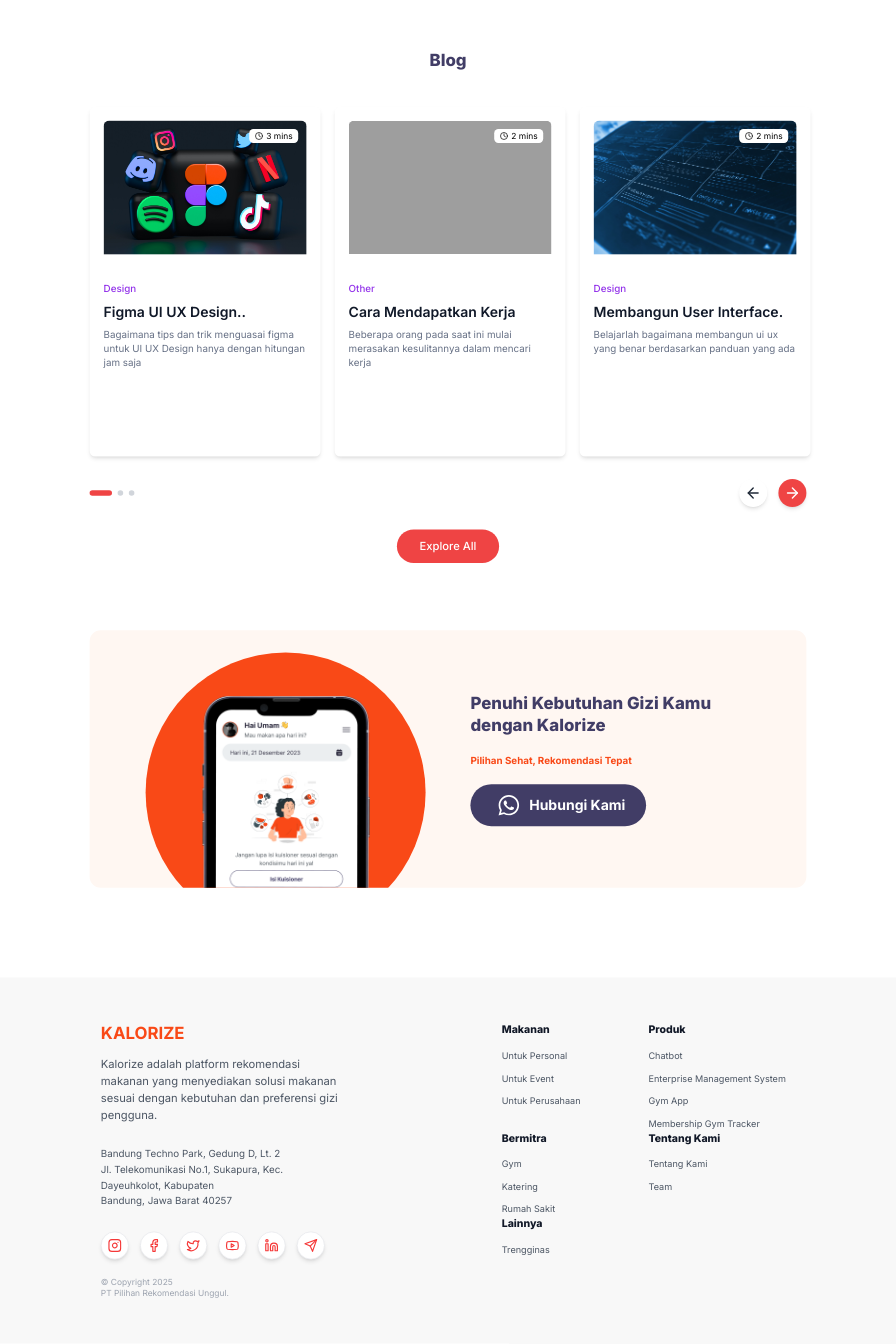
Repository: kalorizeofficial/new-main-web-kalorize
Page: /
An editor plug-in stored every save of this project. The page is shown before and after the next save, followed by the edit.
The browser window is 1280 px wide. The pictures show the part of the page from y = 1095 to 3015 px (the page is 3015 px tall), at 70% of full size.
Pictures or frames that could not be fetched are drawn as grey boxes. The project was rebuilt for these pictures with package versions that can differ from the ones it lists, and the page was loaded fresh each time.

Above is the page before, as saved 2025-03-01 01:07:32.

### src/index.css
@import url("https://fonts.googleapis.com/css2?family=Inter:wght@100;200;300;400;500;600;700;800;900&display=swap");
@tailwind base;
@tailwind components;
@tailwind utilities;

### src/App.jsx
import Navbar from "./components/layout/Navbar";
import Partner from "./pages/partner";
import Testimoni from "./pages/testimoni";
import Blog from "./pages/blog";
import Contact from "./pages/contact";
import Footer from "./components/layout/Footer";

function App() {
  return (
    <div className="min-h-screen flex flex-col">
      <Navbar />
      <main className="flex-grow">
        <Partner />
        <Testimoni />
        <Blog />
        <Contact />
      </main>
      <Footer />
    </div>
  );
}

export default App;

### src/components/layout/Navbar.jsx
function Navbar() {
  return (
    <nav class="bg-white border-gray-200 dark:bg-gray-900">
      <div class="max-w-screen-xl flex flex-wrap items-center justify-between mx-auto p-4">
        <a
          href="https://flowbite.com/"
          class="flex items-center space-x-3 rtl:space-x-reverse"
        >
          <img
            src="https://flowbite.com/docs/images/logo.svg"
            class="h-8"
            alt="Flowbite Logo"
          />
          <span class="self-center text-2xl font-semibold whitespace-nowrap dark:text-white">
            Flowbite
          </span>
        </a>
        <button
          data-collapse-toggle="navbar-default"
          type="button"
          class="inline-flex items-center p-2 w-10 h-10 justify-center text-sm text-gray-500 rounded-lg md:hidden hover:bg-gray-100 focus:outline-none focus:ring-2 focus:ring-gray-200 dark:text-gray-400 dark:hover:bg-gray-700 dark:focus:ring-gray-600"
          aria-controls="navbar-default"
          aria-expanded="false"
        >
          <span class="sr-only">Open main menu</span>
          <svg
            class="w-5 h-5"
            aria-hidden="true"
            xmlns="http://www.w3.org/2000/svg"
            fill="none"
            viewBox="0 0 17 14"
          >
            <path
              stroke="currentColor"
              stroke-linecap="round"
              stroke-linejoin="round"
              stroke-width="2"
              d="M1 1h15M1 7h15M1 13h15"
            />
          </svg>
        </button>
        <div class="hidden w-full md:block md:w-auto" id="navbar-default">
          <ul class="font-medium flex flex-col p-4 md:p-0 mt-4 border border-gray-100 rounded-lg bg-gray-50 md:flex-row md:space-x-8 rtl:space-x-reverse md:mt-0 md:border-0 md:bg-white dark:bg-gray-800 md:dark:bg-gray-900 dark:border-gray-700">
            <li>
              <a
                href="#"
                class="block py-2 px-3 text-white bg-blue-700 rounded-sm md:bg-transparent md:text-blue-700 md:p-0 dark:text-white md:dark:text-blue-500"
                aria-current="page"
              >
                Home
              </a>
            </li>
            <li>
              <a
                href="#"
                class="block py-2 px-3 text-gray-900 rounded-sm hover:bg-gray-100 md:hover:bg-transparent md:border-0 md:hover:text-blue-700 md:p-0 dark:text-white md:dark:hover:text-blue-500 dark:hover:bg-gray-700 dark:hover:text-white md:dark:hover:bg-transparent"
              >
                About
              </a>
            </li>
            <li>
              <a
                href="#"
                class="block py-2 px-3 text-gray-900 rounded-sm hover:bg-gray-100 md:hover:bg-transparent md:border-0 md:hover:text-blue-700 md:p-0 dark:text-white md:dark:hover:text-blue-500 dark:hover:bg-gray-700 dark:hover:text-white md:dark:hover:bg-transparent"
              >
                Services
              </a>
            </li>
            <li>
              <a
                href="#"
                class="block py-2 px-3 text-gray-900 rounded-sm hover:bg-gray-100 md:hover:bg-transparent md:border-0 md:hover:text-blue-700 md:p-0 dark:text-white md:dark:hover:text-blue-500 dark:hover:bg-gray-700 dark:hover:text-white md:dark:hover:bg-transparent"
              >
                Pricing
              </a>
            </li>
            <li>
              <a
                href="#"
                class="block py-2 px-3 text-gray-900 rounded-sm hover:bg-gray-100 md:hover:bg-transparent md:border-0 md:hover:text-blue-700 md:p-0 dark:text-white md:dark:hover:text-blue-500 dark:hover:bg-gray-700 dark:hover:text-white md:dark:hover:bg-transparent"
              >
                Contact
              </a>
            </li>
          </ul>
        </div>
      </div>
    </nav>
  );
}

export default Navbar;

### src/pages/partner.jsx
const Partner = () => {
  const partners = [
    {
      name: "Zoom",
      logo: "/images/partners/zoom.png",
    },
    {
      name: "Adobe Creative Cloud",
      logo: "/images/partners/adobe.png",
    },
    {
      name: "Slack",
      logo: "/images/partners/slack.png",
    },
    {
      name: "Dropbox",
      logo: "/images/partners/dropbox.png",
    },
    {
      name: "Google Drive",
      logo: "/images/partners/gdrive.png",
    },
  ];

  const DecorativeCircle = ({ className }) => (
    <div
      className={`absolute w-3 h-3 rounded-full bg-[#2A85FF] opacity-100 ${className}`}
    />
  );

  return (
    <section className="pt-[100px] md:pt-[164px] pb-8 px-4 relative">
      {/* Decorative circles - hidden on mobile */}
      <DecorativeCircle className="hidden md:block top-80 left-72" />
      <DecorativeCircle className="hidden md:block bottom-8 right-72" />

      <h2 className="text-[20px] md:text-[24px] font-inter font-extrabold leading-[100%] text-center text-[#565656] mb-8 md:mb-12">
        Partner Kami
      </h2>

      <div className="max-w-8xl mx-auto overflow-x-auto">
        <div className="flex justify-start md:justify-center items-center gap-4 md:gap-20 md:flex-wrap min-w-min">
          {partners.map((partner, index) => (
            <div key={index} className="relative py-2 md:py-4 flex-shrink-0">
              <img
                src={partner.logo}
                alt={`${partner.name} logo`}
                className="w-[60px] h-[60px] md:w-[140px] md:h-[140px] object-contain transition-shadow duration-200 hover:shadow-xl rounded-[15px] md:rounded-[25px]"
              />
            </div>
          ))}
        </div>
      </div>
    </section>
  );
};

export default Partner;

### src/pages/blog.jsx
// Komponen Blog: Menampilkan carousel blog posts dengan navigasi
// dan tombol eksplorasi. Komponen ini menggunakan state untuk
// mengatur slide yang aktif.

import React, { useState } from "react";
import { Clock, ArrowLeftIcon, ArrowRightIcon } from "lucide-react";

const Blog = () => {
  // State untuk mengontrol slide yang sedang aktif
  const [currentSlide, setCurrentSlide] = useState(0);

  // Data blog posts yang akan ditampilkan dalam carousel
  const blogPosts = [
    {
      image: "/images/blog/blog1.jpeg",
      category: "Design",
      title: "Figma UI UX Design..",
      description:
        "Bagaimana tips dan trik menguasai figma untuk UI UX Design hanya dengan hitungan jam saja",
      readTime: "3 mins",
    },
    {
      image: "/images/blog/blog2.jpeg",
      category: "Other",
      title: "Cara Mendapatkan Kerja",
      description:
        "Beberapa orang pada saat ini mulai merasakan kesulitannya dalam mencari kerja",
      readTime: "2 mins",
    },
    {
      image: "/images/blog/blog3.jpeg",
      category: "Design",
      title: "Membangun User Interface.",
      description:
        "Belajarlah bagaimana membangun ui ux yang benar berdasarkan panduan yang ada",
      readTime: "2 mins",
    },
  ];

  // Fungsi untuk berpindah ke slide berikutnya
  // Menggunakan modulo untuk kembali ke awal jika sudah di slide terakhir
  const nextSlide = () => {
    setCurrentSlide((prev) => (prev + 1) % blogPosts.length);
  };

  // Fungsi untuk berpindah ke slide sebelumnya
  // Menggunakan modulo dan penambahan length untuk handling negative index
  const prevSlide = () => {
    setCurrentSlide((prev) => (prev - 1 + blogPosts.length) % blogPosts.length);
  };

  // Fungsi untuk langsung berpindah ke slide tertentu
  // Digunakan oleh navigation dots
  const goToSlide = (index) => {
    setCurrentSlide(index);
  };

  return (
    <section className="bg-white px-4 md:px-0">
      <div className="max-w-5xl mx-auto rounded-2xl">
        <h2 className="text-[20px] md:text-[24px] font-inter font-extrabold text-center text-[#413D66] pt-8 mb-8 md:mb-12">
          Blog
        </h2>

        <div className="relative">
          {/* Carousel blog posts */}
          <div className="flex flex-col md:flex-row gap-5">
            {blogPosts.map((post, index) => (
              <div
                key={index}
                className={`w-full md:w-[330px] h-auto md:h-[500px] flex-none bg-white rounded-lg overflow-hidden shadow-md transition-opacity duration-300 p-4 md:p-5 ${
                  index === currentSlide ? "block" : "hidden md:block"
                }`}
              >
                <div className="h-[200px] md:h-[45%] relative rounded-lg overflow-hidden pb-4">
                  <img
                    src={post.image}
                    alt={post.title}
                    className="w-full h-full object-cover"
                  />
                  <div className="absolute top-3 right-3 bg-white rounded-md px-2 py-0.5 flex items-center gap-1">
                    <Clock className="w-3 h-3" />
                    <span className="text-xs">{post.readTime}</span>
                  </div>
                </div>

                <div className="h-[60%]">
                  <div className="mt-5">
                    <span className="text-purple-600 text-sm font-medium">
                      {post.category}
                    </span>
                    <h3 className="mt-2 text-xl font-inter font-semibold text-[#101828]">
                      {post.title}
                    </h3>
                    <p className="mt-2 text-[#667085] font-inter text-sm line-clamp-8">
                      {post.description}
                    </p>
                  </div>
                </div>
              </div>
            ))}
          </div>

          {/* Navigation dots and arrows */}
          <div className="flex flex-col md:flex-row justify-between items-center gap-4 md:gap-0 my-8">
            <div className="flex gap-2">
              {blogPosts.map((_, index) => (
                <button
                  key={index}
                  onClick={() => goToSlide(index)}
                  className={`h-2 rounded-full transition-all duration-300 ${
                    index === currentSlide
                      ? "w-8 bg-red-500"
                      : "w-2 bg-gray-300"
                  }`}
                />
              ))}
            </div>

            <div className="flex gap-4">
              <button
                onClick={prevSlide}
                className="bg-white rounded-full p-2 shadow-md hover:bg-gray-50 text-gray-800"
              >
                <ArrowLeftIcon className="w-6 h-6" />
              </button>

              <button
                onClick={nextSlide}
                className="bg-red-500 rounded-full p-2 shadow-md hover:bg-red-600 text-white"
              >
                <ArrowRightIcon className="w-6 h-6" />
              </button>
            </div>
          </div>
        </div>

        {/* Tombol Explore All */}
        <div className="text-center pb-8">
          <button className="bg-red-500 text-white px-8 py-3 rounded-full font-medium hover:bg-red-600 transition-colors">
            Explore All
          </button>
        </div>
      </div>
    </section>
  );
};

export default Blog;

### src/pages/contact.jsx
import React from "react";

function Contact() {
  return (
    <section className="py-8 md:py-16 bg-white">
      <section className="max-w-5xl mx-auto bg-[#FFF7F2] rounded-2xl px-4 md:px-8 py-8 mb-8 md:mb-16 overflow-hidden">
        <div className="max-w-4xl mx-auto">
          <div className="flex flex-col md:flex-row items-center justify-center md:gap-16">
            {/* Left side - Stacked images */}
            <div className="relative -mb-12 md:-mb-24 scale-75 md:scale-100">
              {/* Circle background */}
              <div className="bg-[#F94917] rounded-full w-[300px] md:w-[400px] h-[300px] md:h-[400px] translate-y-0" />

              {/* Phone image positioned on top of circle */}
              <img
                src="/phone.png" // Replace with your actual image path
                alt="Kalorize App"
                className="absolute top-1/2 left-1/2 transform -translate-x-1/2 -translate-y-1/2 w-[180px] md:w-[240px]"
              />
            </div>

            {/* Right side - Content */}
            <div className="flex flex-col space-y-4 md:space-y-6 max-w-[300px] md:max-w-[400px] text-center md:text-left mt-8 md:mt-0">
              <h1 className="text-xl md:text-2xl font-extrabold text-[#413D66] leading-[1.4] font-inter">
                Penuhi Kebutuhan Gizi Kamu dengan Kalorize
              </h1>
              <p className="text-xs md:text-sm font-bold text-[#F94917] leading-normal font-inter">
                Pilihan Sehat, Rekomendasi Tepat
              </p>
              <button className="bg-[#413D66] text-white rounded-[30px] py-[15px] px-[30px] flex items-center justify-center gap-1 w-fit hover:bg-[#363156] transition-colors">
                <svg
                  width="50"
                  height="30"
                  viewBox="0 0 47 47"
                  fill="none"
                  xmlns="http://www.w3.org/2000/svg"
                >
                  <path
                    d="M39.5834 7.35111C35.2634 3.02969 29.511 0.662109 23.3891 0.662109C10.7755 0.662109 0.495224 10.891 0.495224 23.4415C0.495224 27.4641 1.5579 31.3717 3.54466 34.8197L0.31041 46.6346L12.4388 43.4625C15.7886 45.2784 19.5542 46.2438 23.3891 46.2438C36.0026 46.2438 46.2829 36.015 46.2829 23.4645C46.2829 17.3731 43.9034 11.6495 39.5834 7.35111ZM23.3891 42.3821C19.97 42.3821 16.6202 41.4627 13.6863 39.7387L12.9933 39.325L5.78553 41.2099L7.70297 34.222L7.24094 33.5095C5.34659 30.4983 4.33011 27.0043 4.33011 23.4415C4.33011 13.0057 12.8778 4.50081 23.366 4.50081C28.4483 4.50081 33.2304 6.47763 36.8112 10.0635C40.4151 13.6493 42.3787 18.4075 42.3787 23.4645C42.4249 33.9002 33.8773 42.3821 23.3891 42.3821ZM33.8311 28.2226C33.2535 27.9468 30.4351 26.5676 29.9269 26.3607C29.3955 26.1768 29.0259 26.0849 28.6332 26.6366C28.2404 27.2112 27.1546 28.4985 26.8312 28.8662C26.5078 29.257 26.1613 29.303 25.5837 29.0042C25.0062 28.7283 23.158 28.1077 20.9865 26.1768C19.2769 24.6598 18.145 22.7979 17.7984 22.2232C17.475 21.6486 17.7522 21.3497 18.0526 21.0509C18.3067 20.7981 18.6301 20.3843 18.9073 20.0625C19.1845 19.7407 19.3001 19.4878 19.4849 19.1201C19.6697 18.7293 19.5773 18.4075 19.4387 18.1317C19.3001 17.8558 18.145 15.0515 17.6829 13.9022C17.2209 12.7988 16.7358 12.9368 16.3892 12.9138C16.0427 12.9138 15.6731 12.9138 15.2803 12.9138C14.8876 12.9138 14.287 13.0517 13.7556 13.6264C13.2474 14.201 11.7689 15.5802 11.7689 18.3845C11.7689 21.1888 13.8249 23.9012 14.1022 24.269C14.3794 24.6598 18.145 30.4063 23.8742 32.8658C25.2372 33.4635 26.2999 33.8083 27.1315 34.0611C28.4945 34.4979 29.742 34.4289 30.7354 34.291C31.8443 34.1301 34.1314 32.9118 34.5934 31.5786C35.0785 30.2454 35.0786 29.1191 34.9168 28.8662C34.7551 28.6134 34.4086 28.4985 33.8311 28.2226Z"
                    fill="white"
                  />
                </svg>
                <span className="text-xl font-bold">Hubungi Kami</span>
              </button>
            </div>
          </div>
        </div>
      </section>
    </section>
  );
}

export default Contact;

### src/components/layout/Footer.jsx
import React from "react";
import {
  Instagram,
  Phone,
  Linkedin,
  Send,
  Mail,
  Facebook,
  Twitter,
  Youtube,
} from "lucide-react";

const Footer = () => {
  const socialLinks = [
    { icon: Instagram, href: "https://instagram.com/kalorize" },
    { icon: Facebook, href: "https://facebook.com/kalorize" },
    { icon: Twitter, href: "https://twitter.com/kalorize" },
    { icon: Youtube, href: "https://youtube.com/kalorize" },
    { icon: Linkedin, href: "https://linkedin.com/company/kalorize" },
    { icon: Send, href: "https://t.me/kalorize" },
  ];

  const navigationLinks = [
    {
      title: "Makanan",
      links: [
        { name: "Untuk Personal", href: "/personal" },
        { name: "Untuk Event", href: "/event" },
        { name: "Untuk Perusahaan", href: "/corporate" },
      ],
    },
    {
      title: "Produk",
      links: [
        { name: "Chatbot", href: "/products/chatbot" },
        { name: "Enterprise Management System", href: "/products/ems" },
        { name: "Gym App", href: "/products/gym-app" },
        { name: "Membership Gym Tracker", href: "/products/gym-tracker" },
      ],
    },
    {
      title: "Bermitra",
      links: [
        { name: "Gym", href: "/partners/gym" },
        { name: "Katering", href: "/partners/catering" },
        { name: "Rumah Sakit", href: "/partners/hospital" },
      ],
    },
    {
      title: "Tentang Kami",
      links: [
        { name: "Tentang Kami", href: "/about" },
        { name: "Team", href: "/team" },
      ],
    },
    {
      title: "Lainnya",
      links: [{ name: "Trengginas", href: "/trengginas" }],
    },
  ];

  return (
    <footer className="bg-[#F8F8F8] py-8 lg:py-16">
      <div className="max-w-5xl mx-auto px-4 lg:px-18">
        {/* Mobile Layout */}
        <div className="lg:hidden">
          <h1 className="text-2xl font-bold text-[#F94917] mb-2">KALORIZE</h1>
          <p className="text-sm text-gray-600 mb-4">
            Kalorize adalah platform rekomendasi makanan yang menyediakan solusi
            makanan sesuai dengan kebutuhan dan preferensi gizi pengguna.
          </p>
          <address className="text-sm text-gray-600 not-italic mb-6">
            Bandung Techno Park, Gedung D, Lt 2<br />
            Jl. Telekomunikasi No1, Sukapura, Kec. Dayeuhkolot,
            <br />
            Kabupaten Bandung, Jawa Barat 40257
          </address>

          {navigationLinks.map((section) => (
            <div key={section.title} className="mt-6">
              <h2 className="font-bold text-gray-900">{section.title}</h2>
              <ul className="mt-2 space-y-1">
                {section.links.map((link) => (
                  <li key={link.name}>
                    <a
                      href={link.href}
                      className="text-gray-600 hover:text-gray-900"
                    >
                      {link.name}
                    </a>
                  </li>
                ))}
              </ul>
            </div>
          ))}

          <div className="mt-6 flex space-x-4">
            {socialLinks.map((social, index) => (
              <a
                key={index}
                href={social.href}
                className="text-gray-500 hover:text-[#F94917]"
              >
                <social.icon className="w-5 h-5" />
              </a>
            ))}
          </div>
        </div>

        {/* Desktop Layout */}
        <div className="hidden lg:block">
          <div className="grid grid-cols-10 gap-20">
            {/* Logo and Description */}
            <div className="col-span-4">
              <h2 className="text-[#F94917] text-2xl font-bold mb-4">
                KALORIZE
              </h2>
              <p className="text-gray-600 mb-8">
                Kalorize adalah platform rekomendasi makanan yang menyediakan
                solusi makanan sesuai dengan kebutuhan dan preferensi gizi
                pengguna.
              </p>

              <div className="mb-8">
                <p className="text-gray-600 text-sm leading-relaxed">
                  Bandung Techno Park, Gedung D, Lt. 2
                  <br />
                  Jl. Telekomunikasi No.1, Sukapura, Kec. Dayeuhkolot, Kabupaten
                  <br />
                  Bandung, Jawa Barat 40257
                </p>
              </div>

              {/* Social Media Links */}
              <div className="flex gap-4">
                {socialLinks.map((social, index) => (
                  <a
                    key={index}
                    href={social.href}
                    className="w-10 h-10 rounded-full bg-white border border-gray-200 flex items-center justify-center hover:bg-gray-50 transition-colors shadow-md"
                  >
                    <social.icon className="w-5 h-5 text-[#F53838]" />
                  </a>
                ))}
              </div>
            </div>

            {/* Right Navigation Links */}
            <div className="col-span-6 pl-36">
              <div className="grid grid-cols-2 gap-x-0">
                {navigationLinks.map((section) => (
                  <div key={section.title} className="space-y-8">
                    <div>
                      <h2 className="text-[15px] font-inter font-extrabold text-gray-900 mb-3">
                        {section.title}
                      </h2>
                      <ul className="space-y-2">
                        {section.links.map((link) => (
                          <li key={link.name}>
                            <a
                              href={link.href}
                              className="text-[13px] text-gray-600 font-inter hover:text-gray-900"
                            >
                              {link.name}
                            </a>
                          </li>
                        ))}
                      </ul>
                    </div>
                  </div>
                ))}
              </div>
            </div>
          </div>
        </div>

        {/* Copyright */}
        <div className="mt-6 text-xs text-gray-400">
          <p>© Copyright 2025</p>
          <p>PT Pilihan Rekomendasi Unggul.</p>
        </div>
      </div>
    </footer>
  );
};

export default Footer;

Loaded but not shown: public/index.html (common file); src/index.js (common file); tailwind.config.js (12 lines, source omitted); src/pages/testimoni.jsx (176 lines, source omitted)

After the next save:
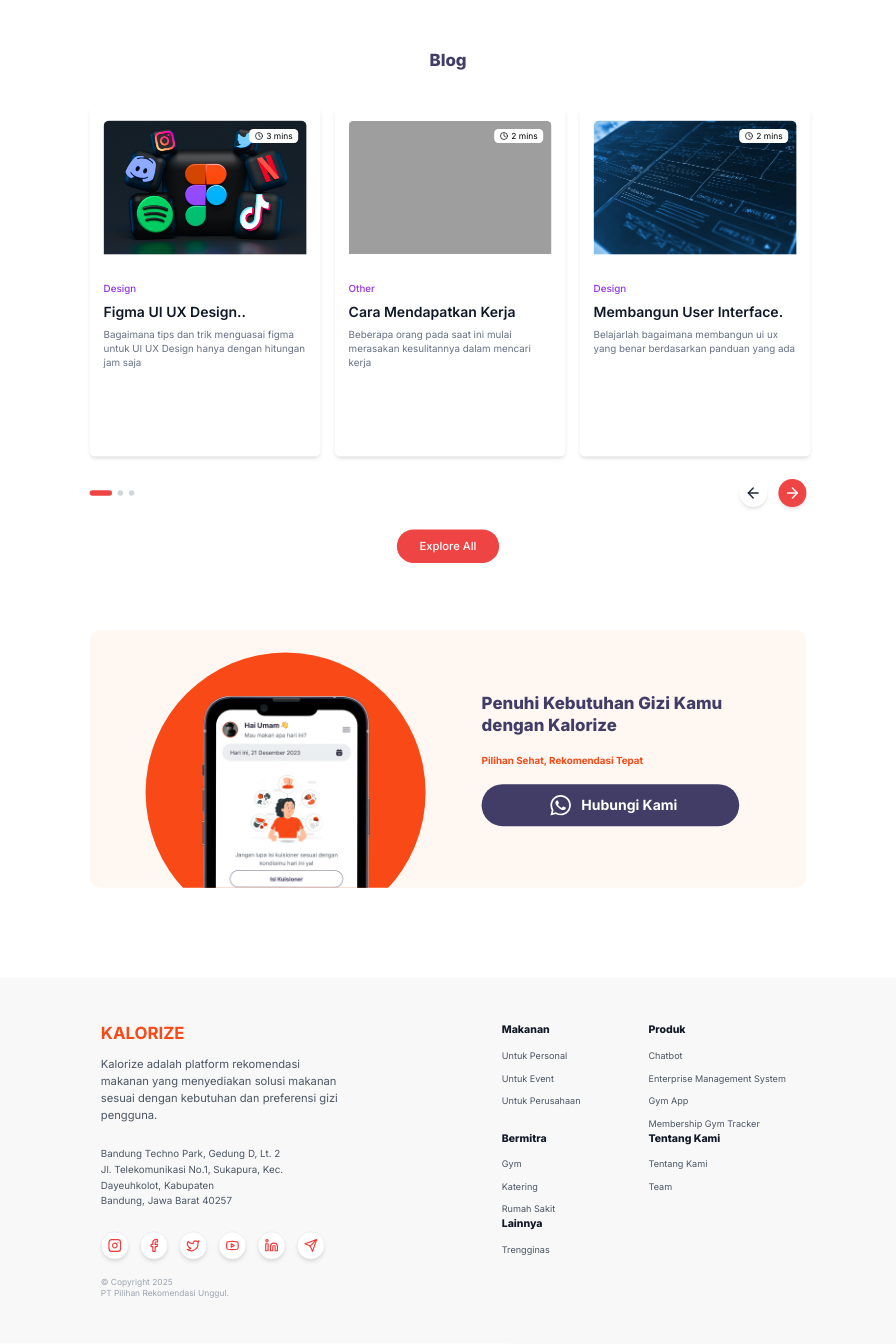
Saved 9 min 20 s later.
--- a/src/pages/contact.jsx
+++ b/src/pages/contact.jsx
@@ -20,14 +20,17 @@
             </div>
 
             {/* Right side - Content */}
-            <div className="flex flex-col space-y-4 md:space-y-6 max-w-[300px] md:max-w-[400px] text-center md:text-left mt-8 md:mt-0">
+            <div
+              className="flex flex-col space-y-4 md:space-y-6 max-w-[300px] md:max-w-[400px] text-center md:text-left mt-8 md:mt-0
+                          md:bg-transparent bg-white rounded-lg p-4 shadow-md md:shadow-none"
+            >
               <h1 className="text-xl md:text-2xl font-extrabold text-[#413D66] leading-[1.4] font-inter">
                 Penuhi Kebutuhan Gizi Kamu dengan Kalorize
               </h1>
               <p className="text-xs md:text-sm font-bold text-[#F94917] leading-normal font-inter">
                 Pilihan Sehat, Rekomendasi Tepat
               </p>
-              <button className="bg-[#413D66] text-white rounded-[30px] py-[15px] px-[30px] flex items-center justify-center gap-1 w-fit hover:bg-[#363156] transition-colors">
+              <button className="bg-[#413D66] text-white rounded-[30px] py-[15px] px-[30px] flex items-center justify-center gap-1 mx-auto md:mx-0 hover:bg-[#363156] transition-colors">
                 <svg
                   width="50"
                   height="30"
